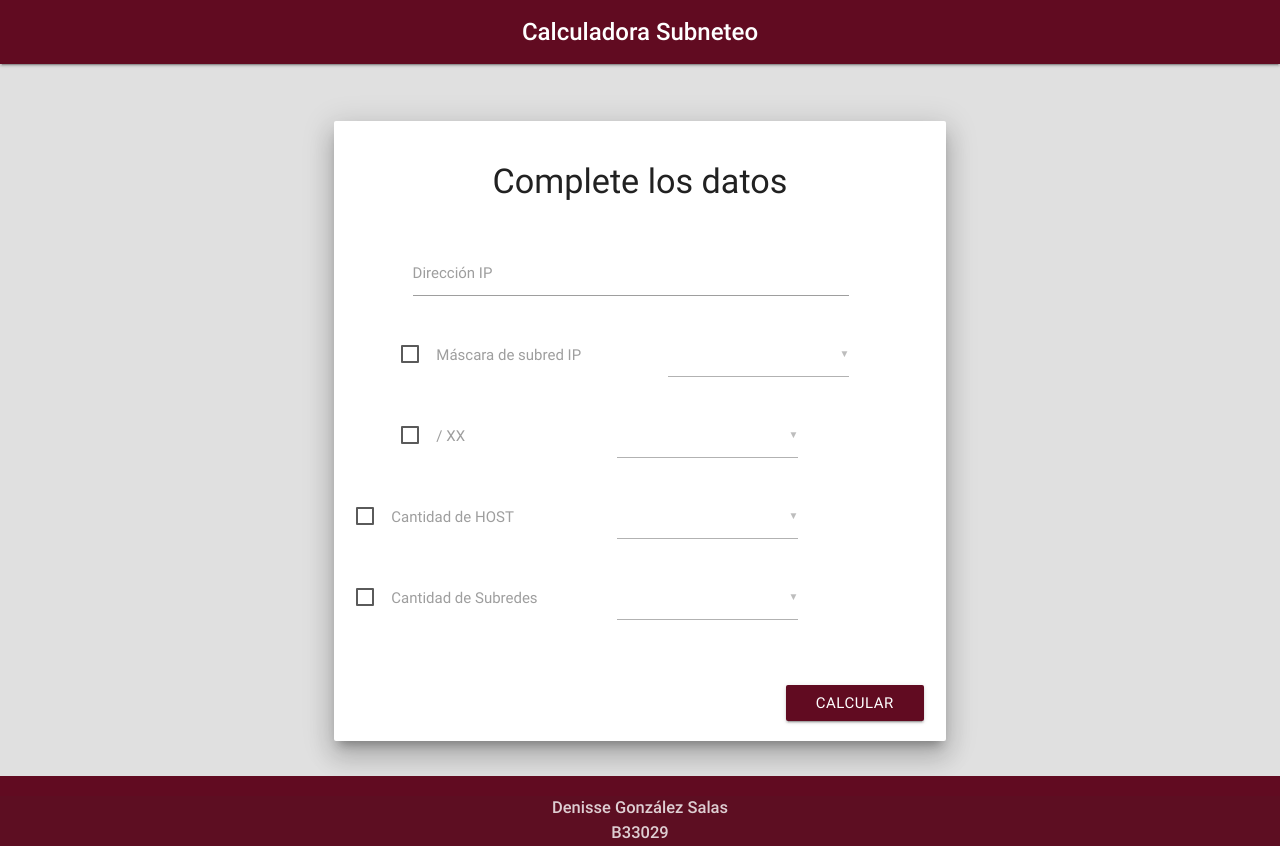
Repository: DenisseGS/Subnet-Calc
Page: http://localhost/
The author's editor kept a record of every edit. The page is drawn from the files as they stood at one moment, then again after the next edit.
The browser window is 1280 px wide. The pictures show the whole page.
Some web libraries are served in a nearby version. The page is served by the project's Laravel application, run on PHP 8.4 with Laravel 8. Other server files are loaded and not shown. Queries for data that is not in the repository find no rows.

Above is the page before.

### routes/web.php
<?php

/*
|--------------------------------------------------------------------------
| Web Routes
|--------------------------------------------------------------------------
|
| Here is where you can register web routes for your application. These
| routes are loaded by the RouteServiceProvider within a group which
| contains the "web" middleware group. Now create something great!
|
*/

Route::get('/', 'CalculadoraController@home');

Auth::routes();

Route::get('/home', 'HomeController@index');

Auth::routes();

Route::get('/home', 'HomeController@index');

Auth::routes();

Route::get('/home', 'HomeController@index');


Route::get('/calcular', 'CalculadoraController@principal');

### app/MascaraXX.php
<?php

namespace App;

use Illuminate\Database\Eloquent\Model;

class MascaraXX extends Model
{
    protected $table = 'mascara/XX';

    protected $primaryKey = 'IDMascaraXX';

    protected $fillable = array('Valor');

    public $timestamps = false;

}

### app/MascaraIP.php
<?php

namespace App;

use Illuminate\Database\Eloquent\Model;

class MascaraIP extends Model
{
    protected $table = 'mascaraIP';

    protected $primaryKey = 'IDMascaraIP';

    protected $fillable = array('Valor');

    public $timestamps = false;
}

### app/Host.php
<?php

namespace App;

use Illuminate\Database\Eloquent\Model;

class Host extends Model
{
    protected $table = 'host';

    protected $primaryKey = 'IDHost';

    protected $fillable = array('Valor');

    public $timestamps = false;
}

### app/Subred.php
<?php

namespace App;

use Illuminate\Database\Eloquent\Model;

class Subred extends Model
{
    protected $table = 'subred';

    protected $primaryKey = 'IDSubred';

    protected $fillable = array('Valor');

    public $timestamps = false;
}

### app/Rangos.php
<?php

namespace App;

use Illuminate\Database\Eloquent\Model;

class Rangos extends Model
{
    protected $table = 'rangos';

    protected $primaryKey = 'IDRango';

    protected $fillable = array('DireccionRed', 'HostInicial', 'HostFinal', 'Broadcast');

    public $timestamps = false;
}

### resources/views/Calculadora.blade.php
@extends('layouts.app')

@section('content')
<div class="container">
    <div class="row">
        <br><br>

          @if(session()->has('msj'))
            <div class="col s12 m3 l2"></div>
            <div class="col s12 m4 l8 card-panel red lighten-3 center-align">
              <span class="white-text">{{session('msj')}}</span>
            </div><br><br>
          @endif

        <div class="col s12 m3 l2"></div>
        <div class=" col s12 m4 l8 card-panel z-depth-5">
            <div class="row">
              <div class="col s12 m4 l4"></div>
              <br><h4 class="center-align">Complete los datos</h4>
              <div class="col s12 m4 l4"></div>
            </div>

            <div class="row">
                <form class="col s12" method="GET" action="/calcular">
                  {{ csrf_field() }}

                  <div class="row">
                    <div class="input-field col"></div><div class="input-field col"></div><div class="input-field col"></div>

                    <div class="input-field col m9">
                      <input id="direccionIP" name="direccionIP" type="text" class="validate"  required oninvalid="this.setCustomValidity('Debe ingresar una dirección IP con el formato: X.X.X.X')"
                        oninput="setCustomValidity('')" required>
                      <label for="direccionIP">Dirección IP</label>
                    </div>

                    <div class="input-field col s5">
                        <div class="input-field col"></div><div class="input-field col"></div>
                        <input type="checkbox" id="checkMascaraIP"/>
                        <label for="checkMascaraIP">Máscara de subred IP</label><br><br>
                    </div>

                    <div class="input-field col"></div><div class="input-field col"></div><div class="input-field col"></div>

                    <div class="input-field col s4">
                        <select id='mascaraIP' name='mascaraIP' disabled>
                          @foreach ($mascarasIP as $maskIP)
                            <option value="{{ $maskIP->IDMascaraIP }}">{{ $maskIP->Valor }}</option>
                          @endforeach
                        </select>
                    </div>

                    <div class="input-field col s4">
                        <div class="input-field col"></div><div class="input-field col"></div>
                        <input type="checkbox" id="checkmascaraXX"/>
                        <label for="checkmascaraXX">/ XX</label><br><br>
                    </div>

                    <div class="input-field col"></div><div class="input-field col"></div><div class="input-field col"></div>

                    <div class="input-field col s4">
                        <select id="mascaraXX" name='mascaraXX' disabled>
                          @foreach ($mascarasXX as $maskXX)
                            <option value="{{ $maskXX->IDMascaraXX }}">{{ $maskXX->Valor }}</option>
                          @endforeach
                        </select>
                    </div>

                    <div class="input-field col s4">
                        <input type="checkbox" id="checkHost"/>
                        <label for="checkHost">Cantidad de HOST</label><br><br>
                    </div>

                    <div class="input-field col"></div><div class="input-field col"></div><div class="input-field col"></div>

                    <div class="input-field col s4">
                        <select id='hosts' name='hosts' disabled>
                          @foreach ($hosts as $host)
                            <option value="{{ $host->Valor }}">{{ $host->Valor }}</option>
                          @endforeach
                        </select>
                    </div>

                    <div class="input-field col s4">
                        <input type="checkbox" id="checkSubredes"/>
                        <label for="checkSubredes">Cantidad de Subredes</label><br><br>
                    </div>

                    <div class="input-field col"></div><div class="input-field col"></div><div class="input-field col"></div>

                    <div class="input-field col s4">
                        <select id="subredes" name='subredes' disabled>
                          @foreach ($subredes as $subred)
                            <option value="{{ $subred->Valor }}">{{ $subred->Valor }}</option>
                          @endforeach
                        </select>
                    </div>
                  </div>

                  <div class="col s12">
                        <br>
                        <button class="btn waves-effect waves-light btn right" type="submit" name="action">Calcular</button>
                  </div>

                </form>
            </div>
        </div>
    </div>
</div>

<script>

window.onload = function() {

   $('select').material_select();

    $("#checkmascaraXX").change(function() {
        if($("#checkmascaraXX").is(':checked')) {
            $("#mascaraXX").prop('disabled', false);
            $("#checkMascaraIP").prop('disabled', true);
            $('select').material_select();
        } else {
            $("#mascaraXX").prop('disabled', true);
            $("#checkMascaraIP").prop('disabled', false);
            $('select').material_select();
        }
    });

    $("#checkMascaraIP").change(function() {
        if($("#checkMascaraIP").is(':checked')) {
            $("#mascaraIP").prop('disabled', false);
            $("#checkmascaraXX").prop('disabled', true);
            $('select').material_select();
        } else {
            $("#mascaraIP").prop('disabled', true);
            $("#checkmascaraXX").prop('disabled', false);
            $('select').material_select();
        }
    });

        $("#checkHost").change(function() {
        if($("#checkHost").is(':checked')) {
            $("#hosts").prop('disabled', false);
            $("#checkSubredes").prop('disabled', true);
            $('select').material_select();
        } else {
            $("#hosts").prop('disabled', true);
            $("#checkSubredes").prop('disabled', false);
            $('select').material_select();
        }
    });

    $("#checkSubredes").change(function() {
        if($("#checkSubredes").is(':checked')) {
            $("#subredes").prop('disabled', false);
            $("#checkHost").prop('disabled', true);
            $('select').material_select();
        } else {
            $("#subredes").prop('disabled', true);
            $("#checkHost").prop('disabled', false);
            $('select').material_select();
        }
    });

}

</script>

@endsection

### resources/views/layouts/app.blade.php
<!DOCTYPE html>
<html lang="{{ config('app.locale') }}">
<head>
    <meta charset="utf-8">
    <meta http-equiv="X-UA-Compatible" content="IE=edge">
    <meta name="viewport" content="width=device-width, initial-scale=1">

    <!-- CSRF Token -->
    <meta name="csrf-token" content="{{ csrf_token() }}">

    <title>{{ config('app.name', 'Calculadora_CIDR') }}</title>

    <!-- Styles
    <link href="{{ asset('css/app.css') }}" rel="stylesheet"> -->
    <link type="text/css" rel="stylesheet" href="style/css/materialize.min.css"  media="screen,projection"/>
    <link type="text/css" rel="stylesheet" href="style/css/master.css"/>

    <!-- Scripts -->
    <script>
        window.Laravel = {!! json_encode([
            'csrfToken' => csrf_token(),
        ]) !!};
    </script>

    <style>

         #body {
            display: flex;
            min-height: 100vh;
            flex-direction: column;
            background-color: #e0e0e0;
            font-size: 110%;
         }

         #main {
            flex: 1 0 auto;
         }

        #footer, #nav, .btn {
            background-color: #610B21;
        }

        #tamanoFooter { height: 50px; }

        .btn:hover {
            background-color: #840f2d;
        }

        .dropdown-content li > a, .dropdown-content li > span {
            color: #840f2d;
        }

        [type="checkbox"]:checked + label:before {
            border-right: 2px solid #840f2d;
            border-bottom: 2px solid #840f2d;
        }

        input[type=text]:focus:not([readonly]) + label {
          color: #840f2d;
          font-size: 100%;
        }

        input[type=checkbox]:focus:not([readonly]) + label {
          color: #840f2d;
          font-size: 95%;
        }

        form label{font-size: 100%; color: #840f2d;}

        input[type=text]:focus:not([readonly]) {
          border-bottom: 1px solid #840f2d;
          box-shadow: 0 1px 0 0 #840f2d;
        }

    </style>

</head>

<body id="body">
        <header>
            <nav id="nav">
                <div class="nav-wrapper">
                    <div class="container center">
                        <font size=5><strong>Calculadora Subneteo</strong></font>
                    </div>
                </div>
            </nav>
        </header>

        <main id="main">
          <div class= "content">
            @yield('content')
          </div>
        </main>

        <footer id="footer" class="page-footer">
          <div id="tamanoFooter" class="footer-copyright">
            <div class="container center">
                <div class="col l6 s12">
                    <strong>Denisse González Salas</strong>
                    <br>
                    <strong>B33029</strong>
              </div>
            </div>
          </div>
        </footer>

    <!-- Scripts -->
    <script src="{{ asset('js/app.js') }}"></script>
    <script type="text/javascript" src="https://code.jquery.com/jquery-2.1.1.min.js"></script>
    <script type="text/javascript" src="https://cdnjs.cloudflare.com/ajax/libs/jquery-validate/1.16.0/jquery.validate.min.js"></script>
    <script type="text/javascript" src="style/js/materialize.min.js"></script>

</html>

### public/style/css/master.css
  #body {
    display: flex;
    min-height: 100vh;
    flex-direction: column;
    background-color: #e0e0e0;
  }

  #main {
    flex: 1 0 auto;
  }

Loaded but not shown: app/Http/Controllers/Controller.php (common file); public/style/css/materialize.min.css (library); public/js/app.js (library); public/style/js/materialize.min.js (library); app/Http/Controllers/CalculadoraController.php (329 lines, source omitted)

After the next edit:
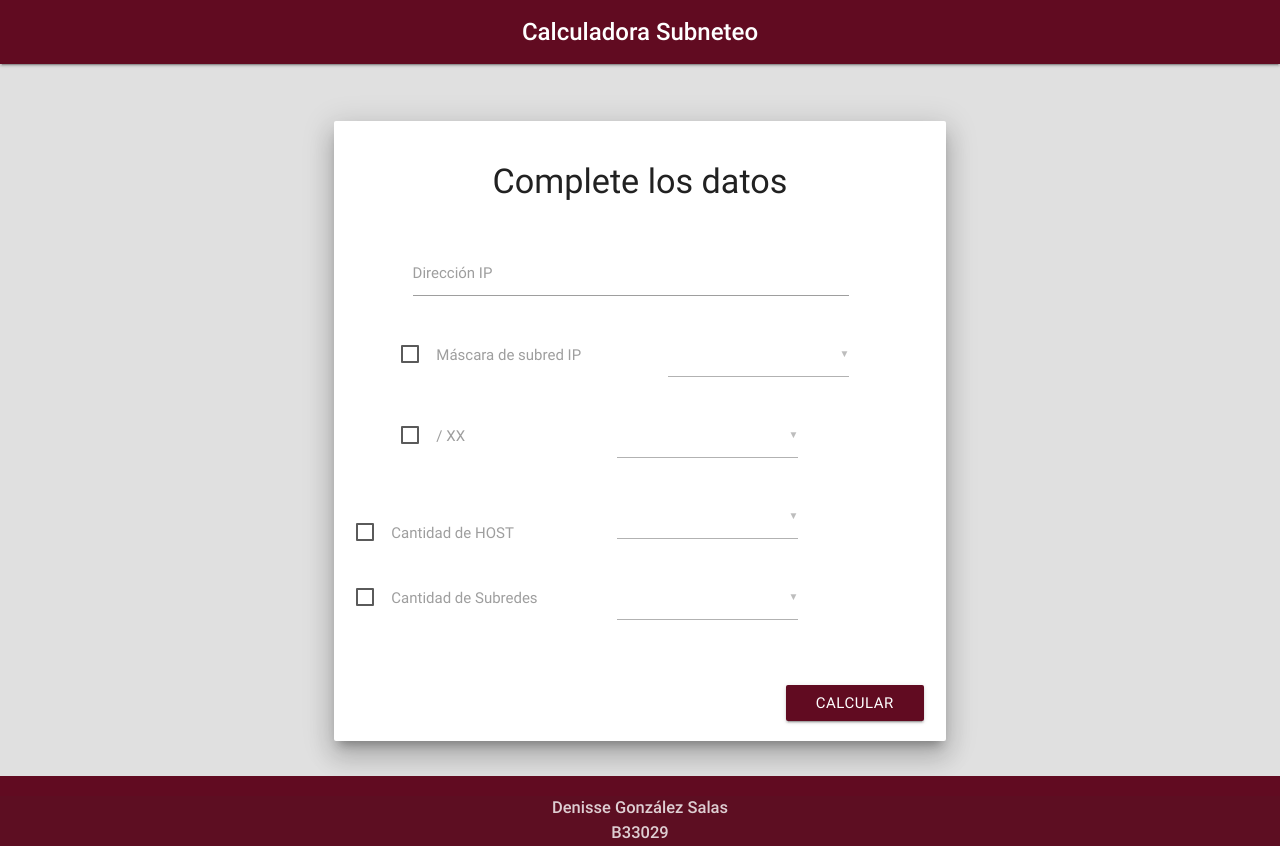
The edit:
--- a/resources/views/Calculadora.blade.php
+++ b/resources/views/Calculadora.blade.php
@@ -66,6 +66,7 @@
                     </div>
 
                     <div class="input-field col s4">
+                        <div class="input-field col"></div><div class="input-field col"></div>
                         <input type="checkbox" id="checkHost"/>
                         <label for="checkHost">Cantidad de HOST</label><br><br>
                     </div>
